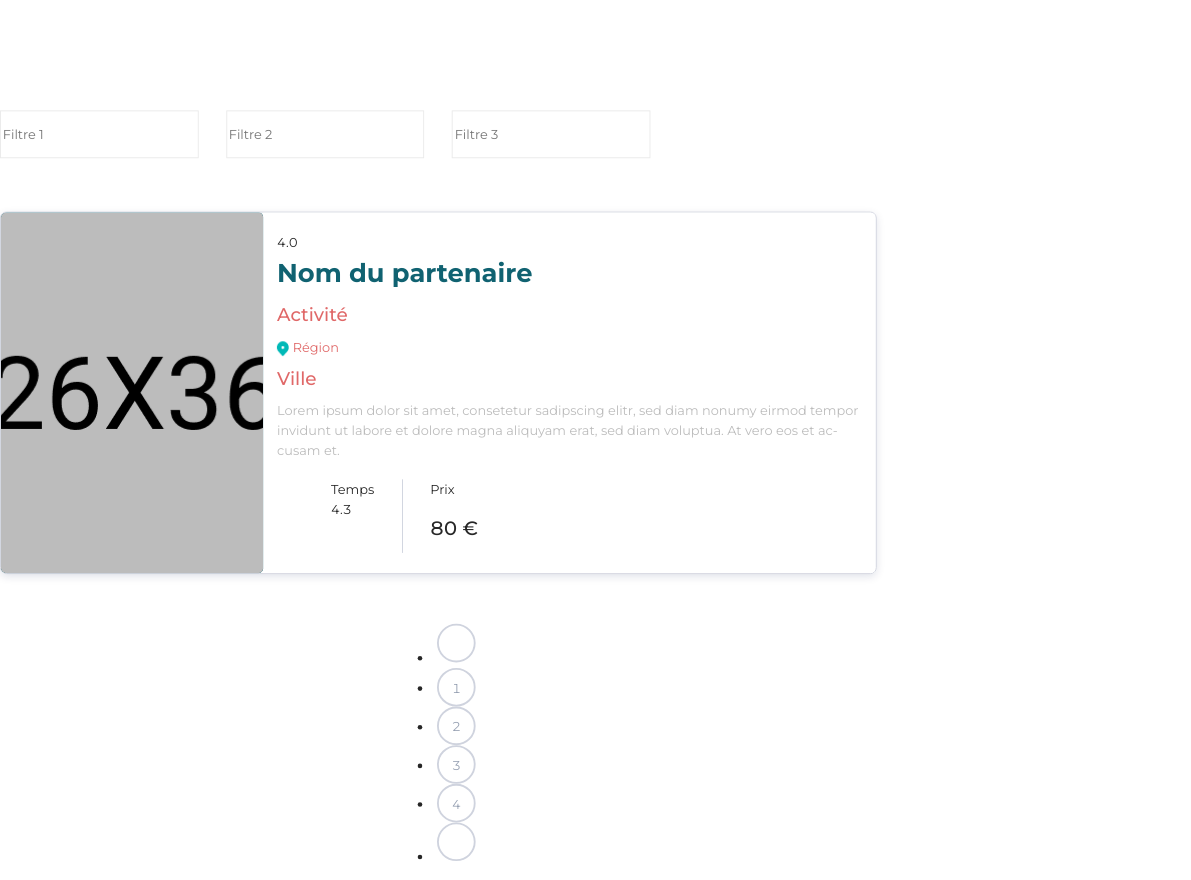
Repository: Emerson1220/projet-neofeel-lacapsule
Page: /roadPlanner (app in reactapp/)
The author's editor kept a copy of each file at every save. The page is drawn from the files as they stood at one save, then again after the next save.
The browser window is 1280 px wide. The page is 1295 px wide, so the pictures cover 1295 px, including what lies to the right of the window. The pictures show the whole page, at 92% of full size.
The project was rebuilt for these pictures with package versions that can differ from the ones it lists, and the page was loaded fresh each time. Also part of the build but not shown: reactapp/src/components/Nav.js, reactapp/src/components/RedButton.js, reactapp/src/styles/map.css, reactapp/src/components/SearchModal.js, reactapp/src/screens/ScreenHome.js.

Above is the page before, as saved 2021-05-18 15:20:07.

After the next save:
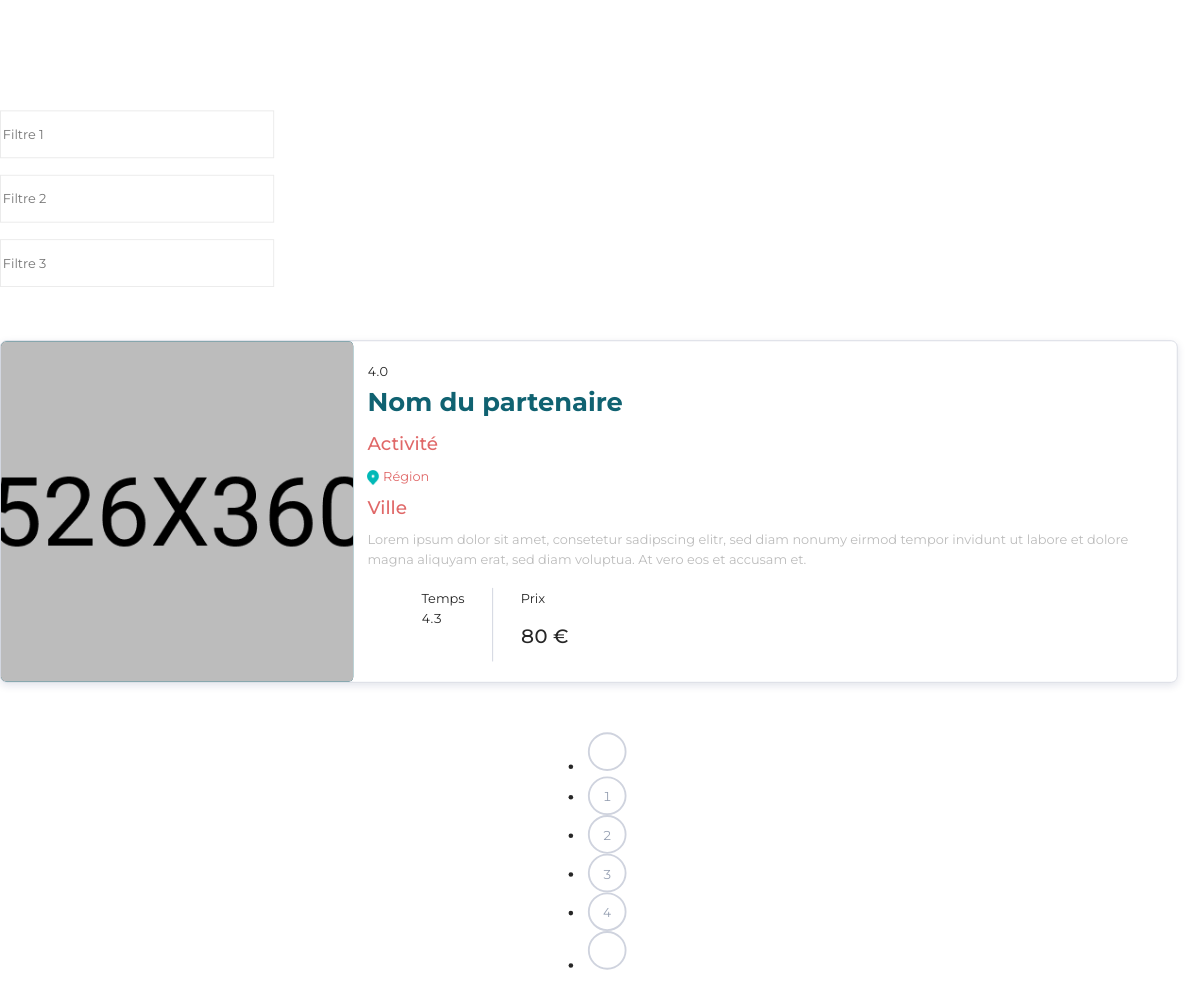
Saved 80 s later.
--- a/reactapp/src/screens/ScreenRoadPlanner.js
+++ b/reactapp/src/screens/ScreenRoadPlanner.js
@@ -110,7 +110,7 @@
     },
 
     row:{
-        display: 'flex',
+        // display: 'flex',
         flexWrap: 'wrap',
         marginRight: '-15px',
         marginLeft: '-15px',

After the save that followed:
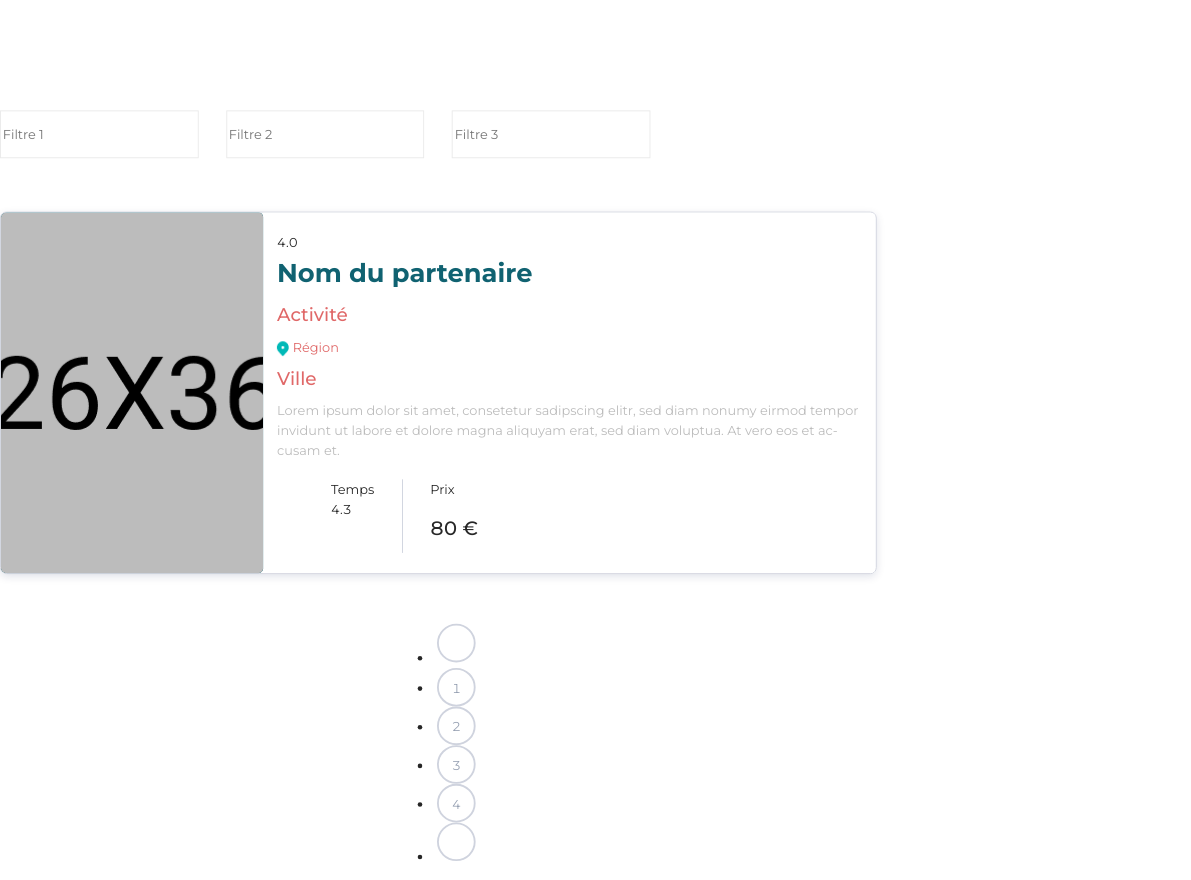
Saved 11 s later.
--- a/reactapp/src/screens/ScreenRoadPlanner.js
+++ b/reactapp/src/screens/ScreenRoadPlanner.js
@@ -110,7 +110,7 @@
     },
 
     row:{
-        // display: 'flex',
+        display: 'flex',
         flexWrap: 'wrap',
         marginRight: '-15px',
         marginLeft: '-15px',
